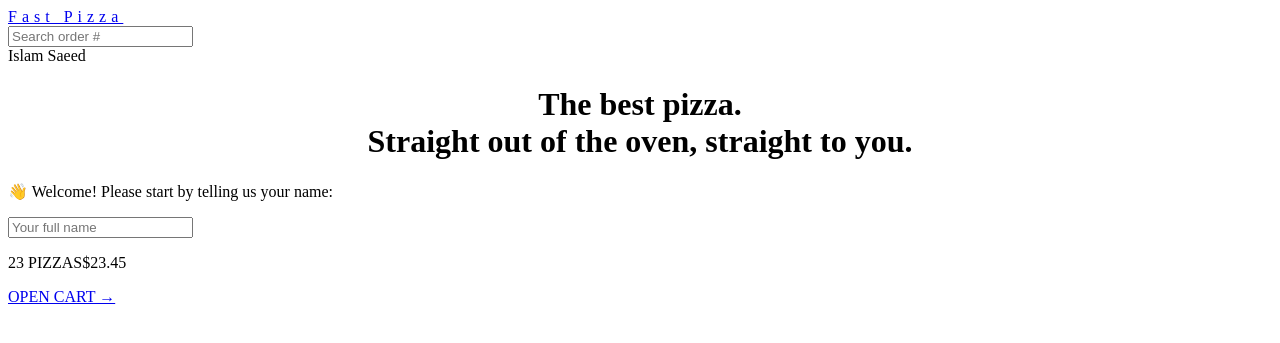
Repository: islamsaeedDev/ecommerce-cash-on-deliver-pizza-store
Page: /
The author's editor kept a copy of each file at every save. The page is drawn from the files as they stood at one save, then again after the next save.
The browser window is 1280 px wide. The pictures show the whole page.
The project was rebuilt for these pictures with package versions that can differ from the ones it lists, and the page was loaded fresh each time. Also part of the build but not shown: vite.config.js, src/ui/Error.jsx, src/services/apiRestaurant.js, src/utils/helpers.js, src/features/menu/MenuItem.jsx, src/features/menu/Menu.jsx, src/features/cart/Cart.jsx, src/features/order/Order.jsx and 1 more. Imported but missing from the stored project, and not drawn on this page: src/features/order/CreateOrder.

Above is the page before, as saved 2025-10-22 08:16:15.

### index.html
<!doctype html>
<html lang="en">
  <head>
    <meta charset="UTF-8" />
    <link rel="icon" type="image/svg+xml" href="/vite.svg" />
    <meta name="viewport" content="width=device-width, initial-scale=1.0" />

    <title>Vite + React</title>
  </head>
  <body class="bg-stone-100 text-stone-700">
    <div id="root"></div>
    <script type="module" src="/src/main.jsx"></script>
  </body>
</html>

### src/App.jsx
import { createBrowserRouter, RouterProvider } from "react-router-dom";
import Home from "./ui/Home";
import Error from "./ui/Error";
import Menu, { loader as menuLoader } from "./features/menu/Menu";

import Cart from "./features/cart/Cart";
import CreateOrder, {
  action as createOrderAction,
} from "./features/order/CreateOrder";
import Order, { loader as orderLoader } from "./features/order/Order";
import AppLayout from "./ui/AppLayout";

const router = createBrowserRouter([
  {
    element: <AppLayout />,
    errorElement: <Error />,
    children: [
      {
        path: "/",
        element: <Home />,
      },
      {
        path: "/menu",
        element: <Menu />,
        loader: menuLoader,
        errorElement: <Error />,
      },
      { path: "/cart", element: <Cart /> },
      {
        path: "/order/new",
        element: <CreateOrder />,
        action: createOrderAction,
      },
      {
        path: "/order/:orderId",
        element: <Order />,
        loader: orderLoader,
        errorElement: <Error />,
      },
    ],
  },
]);

function App() {
  return <RouterProvider router={router} />;
}

export default App;

### src/index.css
@tailwind base;
@tailwind components;
@tailwind utilities;
/* body {
  font-family: system-ui, -apple-system, BlinkMacSystemFont, "Segoe UI", Roboto,
    Oxygen, Ubuntu, Cantarell, "Open Sans", "Helvetica Neue", sans-serif;
  background-color: #f7f7f7;
  color: #444;
}

.layout {
  display: grid;
  grid-template-rows: auto 1fr auto;
  gap: 32px;
  height: 100dvh;
} */

/* https://dev.to/afif/i-made-100-css-loaders-for-your-next-project-4eje */
.loader {
  width: 45px;
  aspect-ratio: 0.75;
  --c: no-repeat linear-gradient(#333 0 0);
  background: var(--c) 0% 50%, var(--c) 50% 50%, var(--c) 100% 50%;
  background-size: 20% 50%;
  animation: loading 1s infinite linear;
}

@keyframes loading {
  20% {
    background-position: 0% 0%, 50% 50%, 100% 50%;
  }
  40% {
    background-position: 0% 100%, 50% 0%, 100% 50%;
  }
  60% {
    background-position: 0% 50%, 50% 100%, 100% 0%;
  }
  80% {
    background-position: 0% 50%, 50% 50%, 100% 100%;
  }
}

### src/ui/Home.jsx
import CreateUser from '../features/user/CreateUser';

function Home() {
  return (
    <div className="mt-10">
      <h1 className="mb-8 text-center text-3xl font-semibold">
        The best pizza.
        <br />
        <span className="text-fuchsia-500">
          Straight out of the oven, straight to you.
        </span>
      </h1>

      <CreateUser />
    </div>
  );
}

export default Home;

### src/ui/AppLayout.jsx
import { Outlet, useNavigation } from 'react-router-dom';
import CartOverview from '../features/cart/CartOverview';
import Header from './Header';
import Loader from './Loader';

function AppLayout() {
  const navigation = useNavigation();

  const isLoading = navigation.state === 'loading';

  return (
    <div className="layout">
      {isLoading && <Loader />}
      <Header />
      <main>
        <Outlet />
      </main>

      <CartOverview />
    </div>
  );
}

export default AppLayout;

### src/features/cart/CartOverview.jsx
import { Link } from 'react-router-dom';

function CartOverview() {
  return (
    <div className="bg-stone-800 uppercase text-stone-200">
      <p className="font-semibold text-stone-300">
        <span>23 pizzas</span>
        <span>$23.45</span>
      </p>
      <Link to="/cart">Open cart &rarr;</Link>
    </div>
  );
}

export default CartOverview;

### src/ui/Header.jsx
import { Link } from 'react-router-dom';
import SearchOrder from '../features/order/SearchOrder';
import Username from '../features/user/Username';

function Header() {
  return (
    <header className="uppcase bg-fuchsia-500">
      <Link className="tracking-[5px]" to="/">
        Fast Pizza
      </Link>
      {/* <Link to="/menu">Menu</Link>
      <Link to="/cart">Cart</Link>
      <Link to="/order/new">Order pizzas</Link>
      <Link to="/order">Orders</Link> */}
      <SearchOrder />
      <Username />
    </header>
  );
}

export default Header;

### src/features/order/SearchOrder.jsx
import { useState } from "react";
import { useNavigate } from "react-router-dom";

function SearchOrder() {
  const [query, setQuery] = useState();
  const navigate = useNavigate();

  const handleSubmit = (e) => {
    e.preventDefault();
    if (!query) return;
    navigate(`/order/${query}`);
    setQuery("");
  };

  return (
    <form onSubmit={handleSubmit}>
      <input
        placeholder="Search order #"
        value={query}
        onChange={(e) => setQuery(e.target.value)}
      />
    </form>
  );
}

export default SearchOrder;

### src/features/user/Username.jsx
function Username() {
  return <div className="text-sm font-semibold">Islam Saeed</div>;
}

export default Username;

Loaded but not shown: src/main.jsx (common file); src/features/user/CreateUser.jsx (common file)

After the next save:
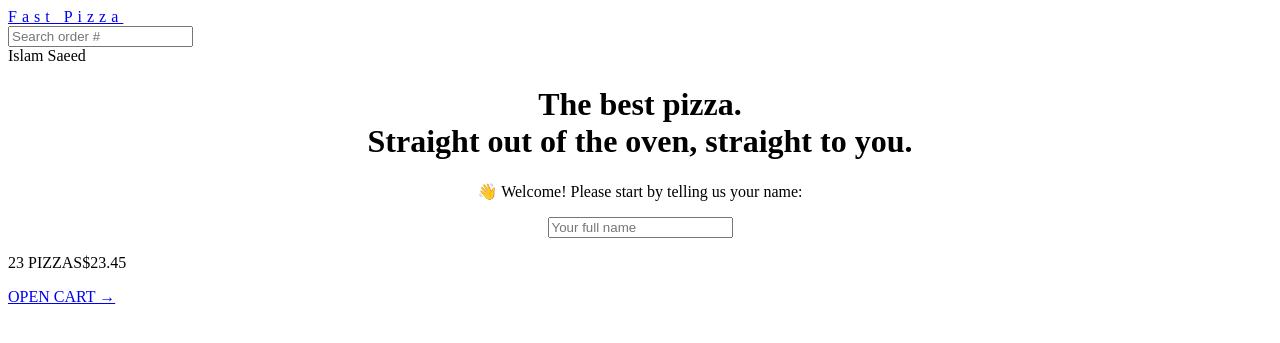
Saved 12 s later.
--- a/src/ui/Home.jsx
+++ b/src/ui/Home.jsx
@@ -2,8 +2,8 @@ import CreateUser from '../features/user/CreateUser';
 
 function Home() {
   return (
-    <div className="mt-10">
-      <h1 className="mb-8 text-center text-3xl font-semibold">
+    <div className="mt-10 text-center">
+      <h1 className="mb-8 text-3xl font-semibold">
         The best pizza.
         <br />
         <span className="text-fuchsia-500">
